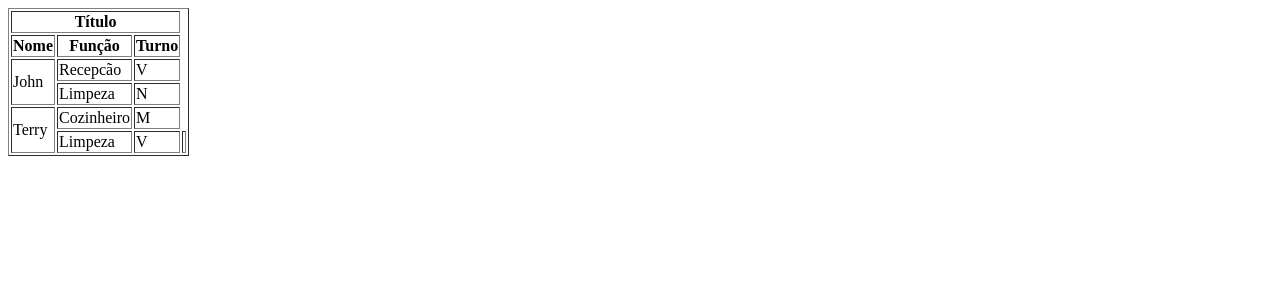
Repository: AndreiLGomes/faculdade
Page: 2 ano/WorkspaceTrilhaWeb/ProjetoTrilhaWeb/src/main/webapp/teste.html
These files come from the project's save history. The page is drawn as it stood at one moment and after the next save; the edit follows.
The browser window is 1280 px wide. The pictures show the whole page.

Above is the page before, as saved 2024-04-08 22:09:18.

### 2 ano/WorkspaceTrilhaWeb/ProjetoTrilhaWeb/src/main/webapp/teste.html
<table border=1>
	<tr>
		<th colspan="3">Título</th>
	</tr>
	<tr>
		<th>Nome</th>
		<th>Função</th>
		<th>Turno</th>
	</tr>
	<tr>
		<td rowspan="2">John</td>
		<td>Recepcão</td>
		<td>V</td>
	</tr>
	<tr>
		<td>Limpeza</td>
		<td>N</td>
	</tr>
	<tr>
		<td rowspan="2">Terry</td>
		<td>Cozinheiro</td>
		<td>M</td>
	</tr>
	<tr>
		<td>Limpeza</td>
		<td>V
		<td>
	</tr>
</table>

After the next save:
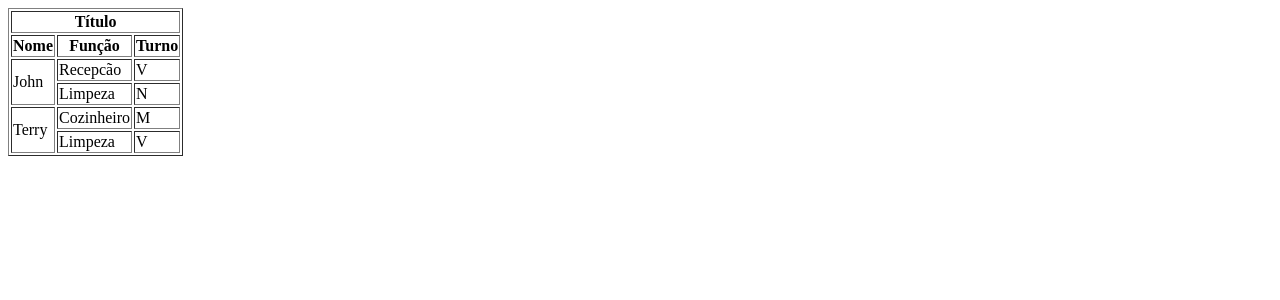
Saved 15 s later.
--- a/2 ano/WorkspaceTrilhaWeb/ProjetoTrilhaWeb/src/main/webapp/teste.html
+++ b/2 ano/WorkspaceTrilhaWeb/ProjetoTrilhaWeb/src/main/webapp/teste.html
@@ -23,7 +23,6 @@
 	</tr>
 	<tr>
 		<td>Limpeza</td>
-		<td>V
-		<td>
+		<td>V</td>
 	</tr>
 </table>
